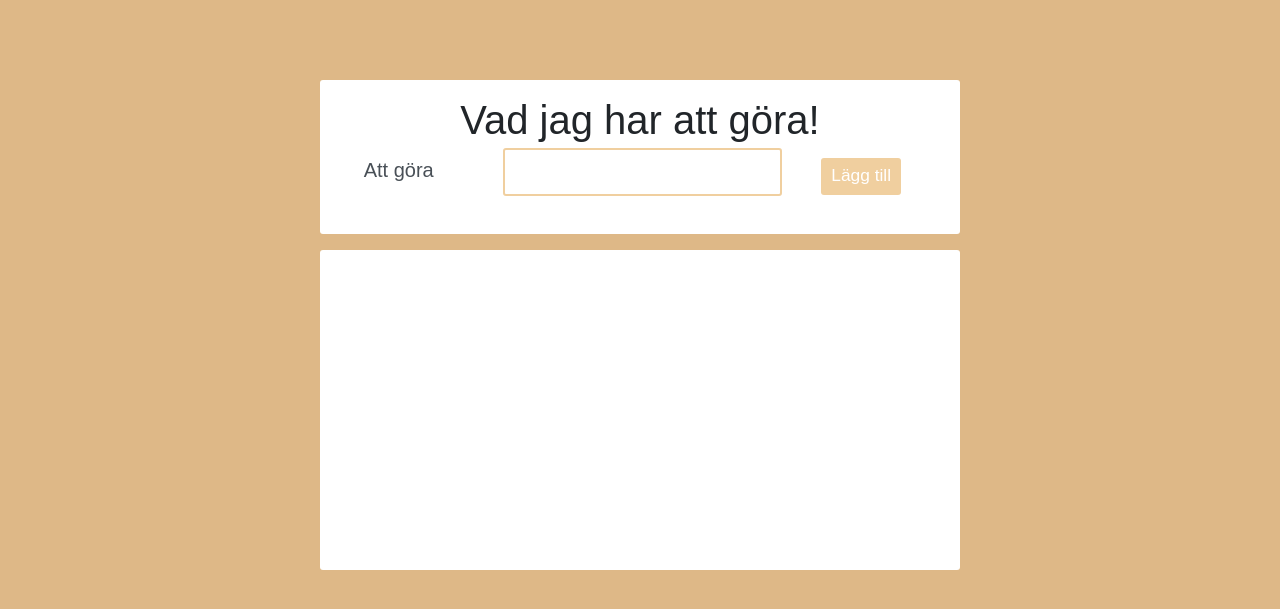
Repository: skepp4rn/todolist
Page: index.html
An editor plug-in stored every save of this project. The page is shown before and after the next save, followed by the edit.
The browser window is 1280 px wide. The pictures show the whole page.
The page's requests for data from a server got no answer. Some web libraries are served in a nearby version.

Above is the page before, as saved 2021-01-29 09:25:53.

After the next save:
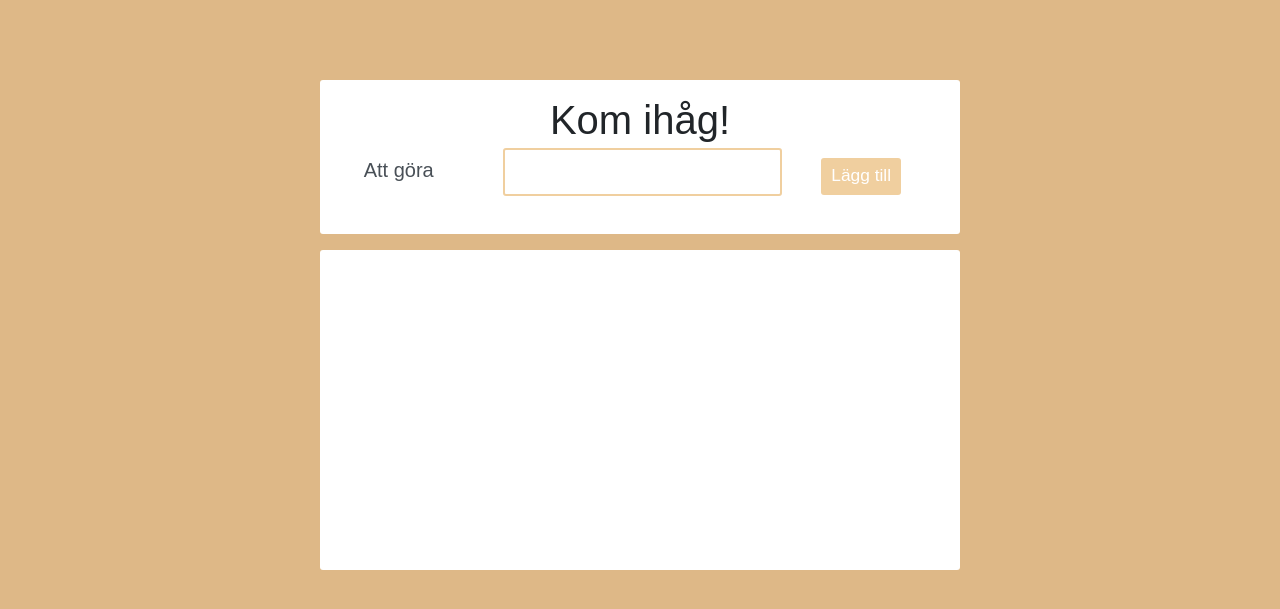
Saved 15 s later.
--- a/index.html
+++ b/index.html
@@ -12,7 +12,7 @@
 <body>
     <div class="container">
         <div id="header">
-            <h1>Vad jag har att göra!</h1>
+            <h1>Kom ihåg!</h1>
         </div>
 
         <form class="form" id="form">
